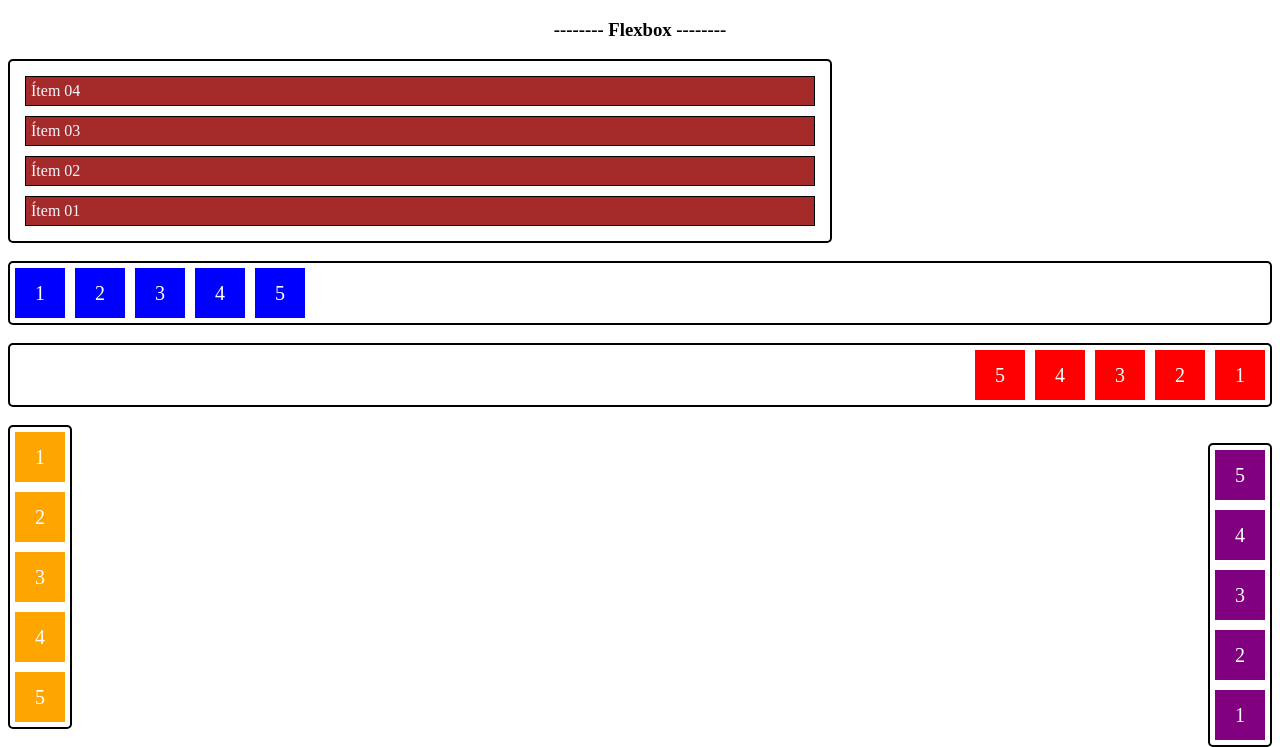
Repository: ozielms/flexbox
Page: outros/flexbox-master/index.html
The author's editor kept a copy of each file at every save. The page is drawn from the files as they stood at one save, then again after the next save.
The browser window is 1280 px wide. The pictures show the whole page.

Above is the page before, as saved 2022-04-25 23:56:55.

After the next save:
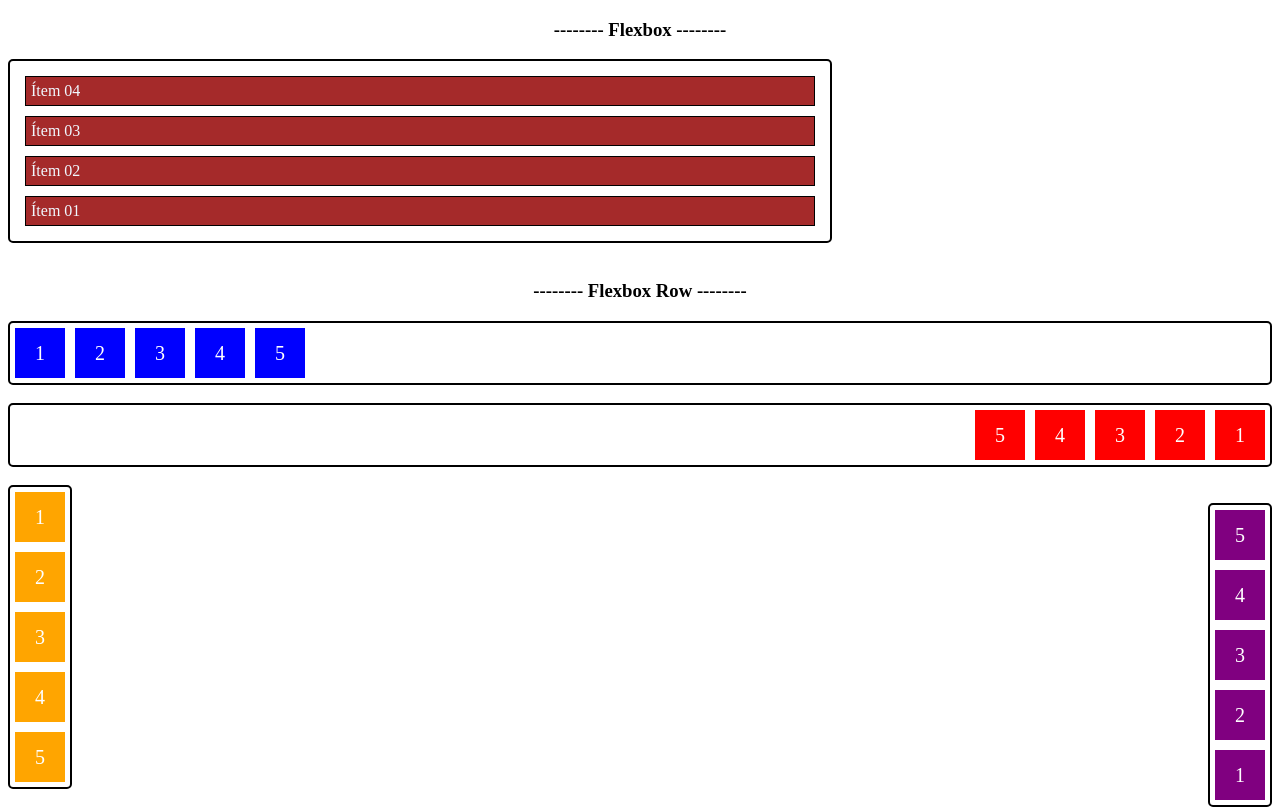
Saved 16 s later.
--- a/outros/flexbox-master/index.html
+++ b/outros/flexbox-master/index.html
@@ -22,6 +22,7 @@
 
     <br>
 
+    <h3 class="titulo">-------- flexbox row --------</h3>
     <ul class="flex-container row">
         <li class="flex-item">1</li>
         <li class="flex-item">2</li>
